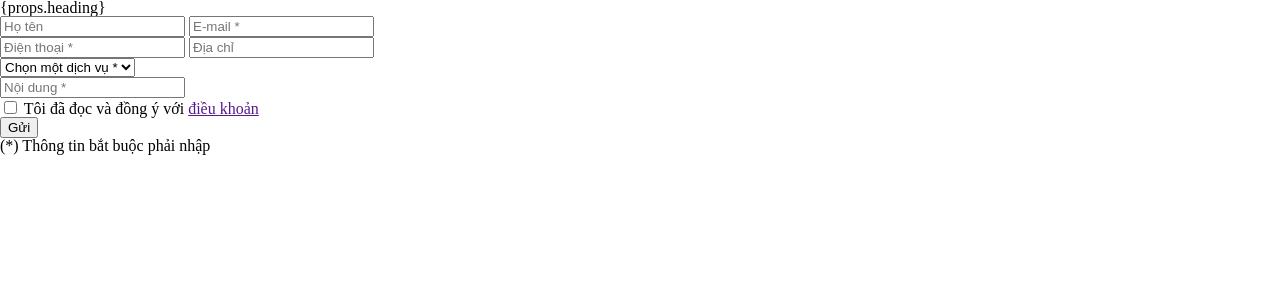
Repository: vanh1604/exercises
Page: baitap/Car/contact.html
An editor plug-in stored every save of this project. The page is shown before and after the next save, followed by the edit.
The browser window is 1280 px wide. The pictures show the whole page.

Above is the page before, as saved 2023-03-29 15:36:08.

After the next save:
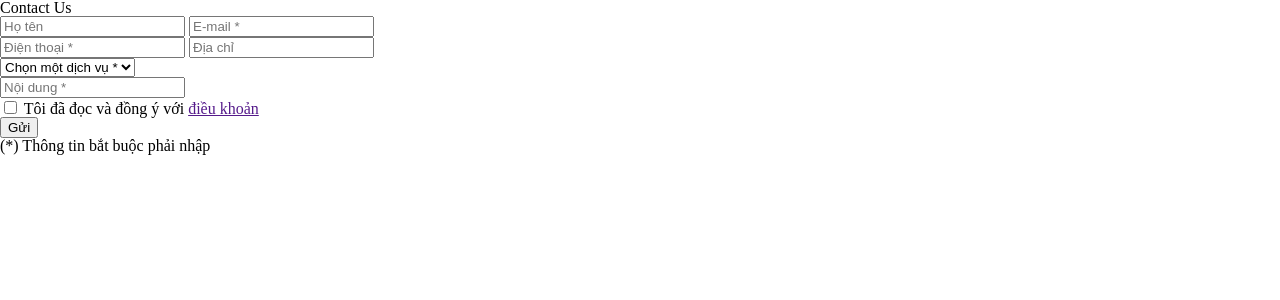
Saved 68 s later.
--- a/baitap/Car/contact.html
+++ b/baitap/Car/contact.html
@@ -11,7 +11,7 @@
   <body>
     <div className="modal" id="modal">
       <div className="container">
-        <div className="header">{props.heading}</div>
+        <div className="header">Contact Us</div>
         <div className="box">
           <ul className="content">
             <li className="line row-2">
